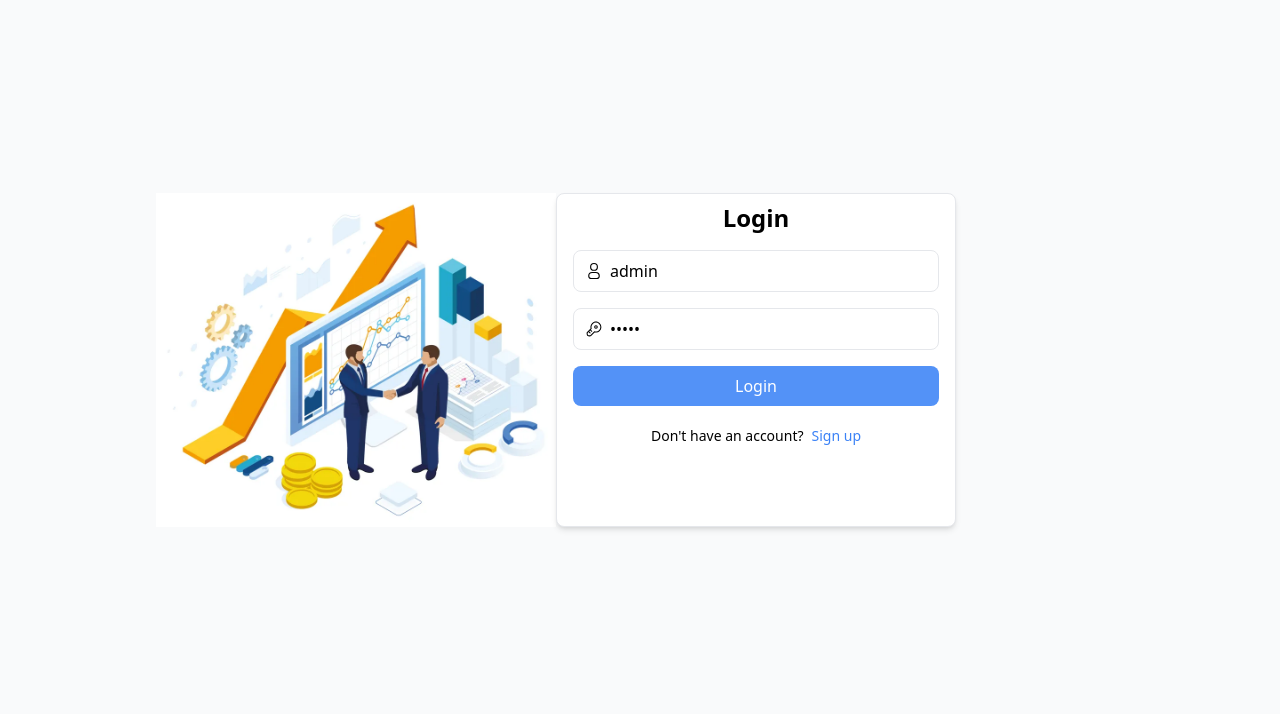
Repository: Fortivera/yourestate
Page: /
An editor plug-in stored every save of this project. The page is shown before and after the next save, followed by the edit.
The browser window is 1280 px wide. The pictures show the whole page.
The project was rebuilt for these pictures with package versions that can differ from the ones it lists, and the page was loaded fresh each time. The framework's server and built-in components were replaced by stand-ins that run in the browser. Also part of the build but not shown: next.config.js.

Above is the page before, as saved 2023-11-02 10:59:58.

### src/app/layout.tsx
import './globals.css'



export const metadata = {
  title: 'Home',
  description: "great explanation of something",
}

export default function RootLayout({ children }: { children: React.ReactNode }) {
  return (
    <html lang="en">
      <body>
        {children}
      </body>
    </html>
  );
}

### src/app/page.tsx
import Link from "next/link"
import Image from "next/image"
import SvgNewUser from "public/static/SvgNewUser"
import SvgPassword from "public/static/SvgPassword"

export default function Login() {
  return (
    <div className="min-h-screen bg-gray-50 flex items-center justify-center">
      <div className="ml-auto mr-auto w-full px-4 py-10 tablet:w-[540px] laptop:w-[1000px]">
        <div className="flex laptop:flex-row tablet:flex-col flex-col">
          <figure className="w-full tablet:w-[300px] laptop:w-[400px]">
            <Image src="/static/growth.jpg" alt="login page picture" layout="responsive" width={400} height={800} />
          </figure>
          <div className="w-[400px] px-4 pb-8 pt-2 bg-white border rounded-lg shadow-md">
            <h1 className="text-2xl font-semibold text-center mb-4">Login</h1>

            <div className="mb-4 relative">
              <label className="text-sm" htmlFor="Name">
                <SvgNewUser width={18} height={18} className={"absolute left-3 top-3"} />
              </label>
              <input defaultValue="admin" id="Name" type="text" name="Name" placeholder="Username" autoComplete="given-name" required className="block w-full border rounded-lg py-2 pl-9 mt-1 focus:ring focus:ring-blue-300" />
            </div>

            <div className="mb-4 relative">
              <label className="text-sm" htmlFor="Password">
                <SvgPassword width={18} height={18} className={"absolute left-3 top-3"} />
              </label>
              <input defaultValue="admin" id="Password" type="password" name="Password" placeholder="Password" required className="block w-full border rounded-lg py-2 pl-9 mt-1 focus:ring focus:ring-blue-300" />
            </div>

            <button type="button" aria-label="Sign-in button" className="bg-[#5392f7] text-white rounded-lg w-full py-2 mb-4 hover:bg-[#3b83f6]">
              <Link href="/dashboard">Login</Link>
            </button>
            <div className="flex text-sm justify-center">
              <div className="p-1">Don't have an account?</div>
              <Link href="/user" className="text-blue-500 hover:underline p-1">
                Sign up
              </Link>
            </div>
          </div>
        </div>
      </div>
    </div>
  );
}

### src/app/globals.css

@import url('https://fonts.googleapis.com/css2?family=Lora:ital,wght@0,400;0,500;0,600;1,400;1,500;1,600&family=Montserrat:ital,wght@0,300;0,400;0,500;0,600;1,300;1,400;1,500;1,600&family=Poppins:ital,wght@0,300;0,400;0,500;0,600;0,700;0,800;0,900;1,300;1,400;1,500;1,600;1,700;1,800;1,900&family=Noto+Sans:ital,wght@0,300;0,400;0,500;0,600;0,700;0,800;0,900;1,300;1,400;1,500;1,600;1,700;1,800;1,900&display=swap');

@tailwind base;
@tailwind components;
@tailwind utilities;

.navbarDark{
  background-color:rgb(45 48 56 );
  color: #ddd;
}
.navbarLight {
  background-color: rgb(59 130 246 / 0.5);
  color: black;
}
.propertyListLight {
  background-color: rgb(249 250 251);
  color: black;
  border-color: rgb(229 231 235);
  }
.propertyListDark {
  background-color:rgb(45 48 56 / 0.95);
  color: #ddd;

}
.searchbarLight {
  background-color: rgb(248 250 252);
  color: black;

}
.searchbarDark {
  background-color:rgb(100 116 139 / 0.6);
  color: #ddd;
}
.propertyLight {
  background-color: rgb(249 250 251);
  color: black;

}
.propertyDark {
  background-color:rgb(45 48 56 / 0.95);
  color: #ddd;
}

### public/static/SvgNewUser.tsx
import * as React from "react"
import { SVGProps } from "react"
const SvgNewUser = (props: SVGProps<SVGSVGElement>) => (
  <svg
    xmlns="http://www.w3.org/2000/svg"
    width={800}
    height={800}
    fill="none"
    viewBox="0 0 24 24"
    {...props}
  >
    <g fill="#000" fillRule="evenodd" clipRule="evenodd">
      <path d="M12 2.75a3.75 3.75 0 1 0 0 7.5 3.75 3.75 0 0 0 0-7.5ZM6.75 6.5a5.25 5.25 0 1 1 10.5 0 5.25 5.25 0 0 1-10.5 0ZM4.25 18.571a5.321 5.321 0 0 1 5.321-5.321h4.858a5.321 5.321 0 0 1 5.321 5.321 4.179 4.179 0 0 1-4.179 4.179H8.43a4.179 4.179 0 0 1-4.179-4.179Zm5.321-3.821a3.821 3.821 0 0 0-3.821 3.821c0 1.48 1.2 2.679 2.679 2.679h7.142c1.48 0 2.679-1.2 2.679-2.679 0-2.11-1.71-3.821-3.821-3.821H9.57Z" />
    </g>
  </svg>
)
export default SvgNewUser

### public/static/SvgPassword.tsx
import * as React from "react"
import { SVGProps } from "react"
const SvgPassword = (props: SVGProps<SVGSVGElement>) => (
    <svg
        xmlns="http://www.w3.org/2000/svg"
        width={800}
        height={800}
        fill="none"
        viewBox="0 0 24 24"
        {...props}
    >
        <g fill="#000" fillRule="evenodd" clipRule="evenodd">
            <path d="M4.51 14.999a.689.689 0 0 1 .975 0l1.75 1.749a.689.689 0 0 1-.975.974l-1.75-1.75a.689.689 0 0 1 0-.973ZM6.698 12.812a.689.689 0 0 1 .974 0l1.749 1.75a.689.689 0 0 1-.974.974l-1.75-1.75a.689.689 0 0 1 0-.974Z" />
            <path d="M18.752 5.232c-2.32-2.313-6.075-2.312-8.386 0h-.001c-1.612 1.604-2.1 3.915-1.472 5.958.075.243.009.509-.172.69L3.74 16.86a.975.975 0 0 0-.184.341.912.912 0 0 0-.055.38l.001.006.262 1.901a.912.912 0 0 0 .262.474.857.857 0 0 0 .462.256l1.913.263c.08.012.223.003.385-.05a.838.838 0 0 0 .324-.177l.008-.007 4.995-4.986a.688.688 0 0 1 .692-.17c2.028.634 4.34.14 5.956-1.466a5.94 5.94 0 0 0-.009-8.393Zm-9.36-.975c2.85-2.85 7.475-2.848 10.332 0 2.86 2.849 2.86 7.493.01 10.342l-.001.002A7.316 7.316 0 0 1 12.8 16.52l-4.707 4.698a2.19 2.19 0 0 1-.883.523c-.309.1-.668.152-1.006.104h-.003L4.3 21.582c-.491-.069-.928-.326-1.25-.65a2.279 2.279 0 0 1-.649-1.24l-.001-.01-.262-1.902v-.003a2.26 2.26 0 0 1 .111-1.012c.102-.305.27-.625.505-.868l.007-.007 4.703-4.702c-.591-2.404.043-5.056 1.928-6.932Z" />
            <path d="M14.62 8.302a1.06 1.06 0 1 0 0 2.121 1.06 1.06 0 0 0 0-2.121Zm-2.438 1.06a2.438 2.438 0 1 1 4.876 0 2.438 2.438 0 0 1-4.877 0Z" />
        </g>
    </svg>
)
export default SvgPassword

### tailwind.config.js
/* eslint-disable prettier/prettier */
/** @type {import('tailwindcss').Config} */
module.exports = {
  content: [
    "./app/**/*.{js,ts,jsx,tsx}",
    "./pages/**/*.{js,ts,jsx,tsx}",
    "./components/**/*.{js,ts,jsx,tsx}",

    // Or if using `src` directory:
    "./src/**/*.{js,ts,jsx,tsx}",
  ],
  theme: {
    extend: {
      fontFamily: {
        Poppins: ["Poppins", "sans-serif"],
        Montserrat: ["Montserrat", "sans-serif"],
        Lora: ["Lora", "sans-serif"],
        Noto: ["Noto Sans", "sans-serif"],
      },
      screens: {
        'mobile': "320px",
        'tablet': "481px",
        'laptop': "769px",
       ' desktop': "1025px",
      },


    },
    plugins: [],
  },
}

After the next save:
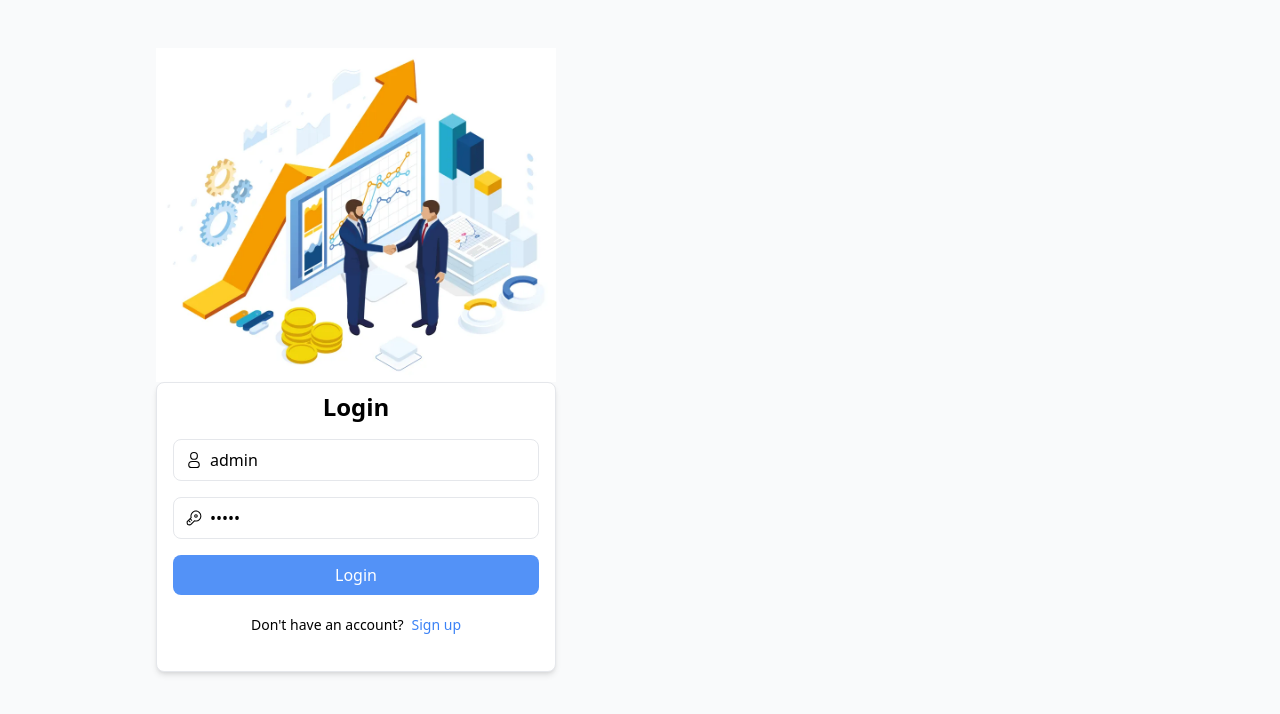
Saved 97 s later.
--- a/src/app/page.tsx
+++ b/src/app/page.tsx
@@ -7,7 +7,7 @@
   return (
     <div className="min-h-screen bg-gray-50 flex items-center justify-center">
       <div className="ml-auto mr-auto w-full px-4 py-10 tablet:w-[540px] laptop:w-[1000px]">
-        <div className="flex laptop:flex-row tablet:flex-col flex-col">
+        <div className="flex  tablet:flex-col flex-col">
           <figure className="w-full tablet:w-[300px] laptop:w-[400px]">
             <Image src="/static/growth.jpg" alt="login page picture" layout="responsive" width={400} height={800} />
           </figure>

After the 2 saves that followed:
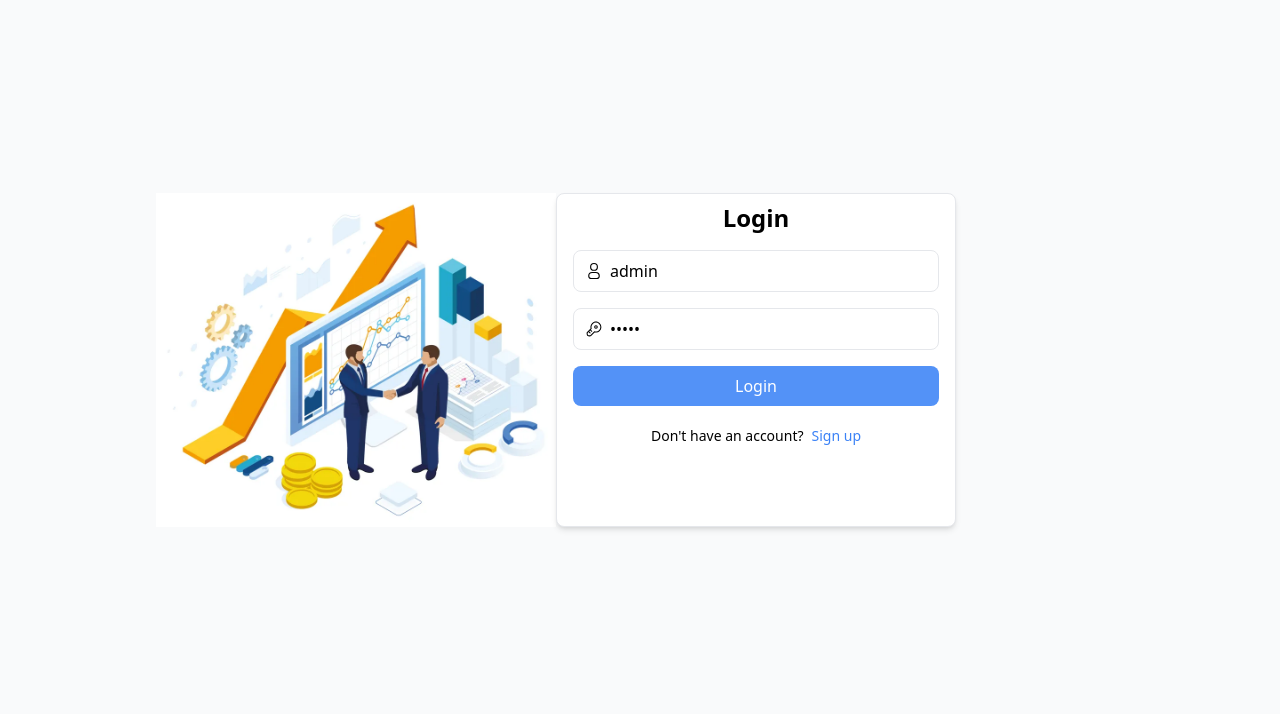
The 2 saves are shown as one change because 1 left the picture as it was.
The last was saved 53 s later.
--- a/src/app/page.tsx
+++ b/src/app/page.tsx
@@ -7,7 +7,7 @@
   return (
     <div className="min-h-screen bg-gray-50 flex items-center justify-center">
       <div className="ml-auto mr-auto w-full px-4 py-10 tablet:w-[540px] laptop:w-[1000px]">
-        <div className="flex  tablet:flex-col flex-col">
+        <div className="flex laptop:flex-row tablet:flex-col flex-row">
           <figure className="w-full tablet:w-[300px] laptop:w-[400px]">
             <Image src="/static/growth.jpg" alt="login page picture" layout="responsive" width={400} height={800} />
           </figure>
